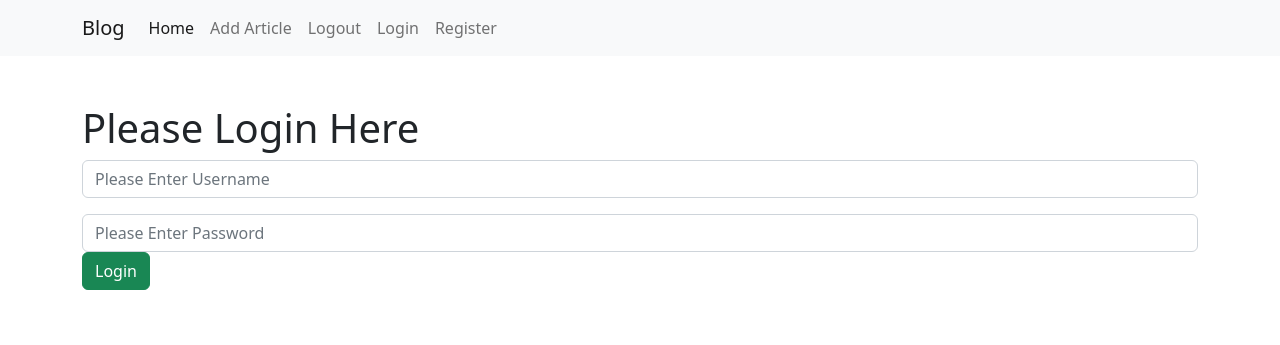
Repository: baothi/fontend
Page: /
An editor plug-in stored every save of this project. The page is shown before and after the next save, followed by the edit.
The browser window is 1280 px wide. The pictures show the whole page.
The page's requests for data from a server got no answer. The project was rebuilt for these pictures with package versions that can differ from the ones it lists, and the page was loaded fresh each time. No one was signed in, and anything a server would have sent is missing. Also part of the build but not shown: src/App.css, src/components/ArticleList.js, src/components/ArticleDetails.js.

Above is the page before, as saved 2022-10-14 11:04:36.

After the next save:
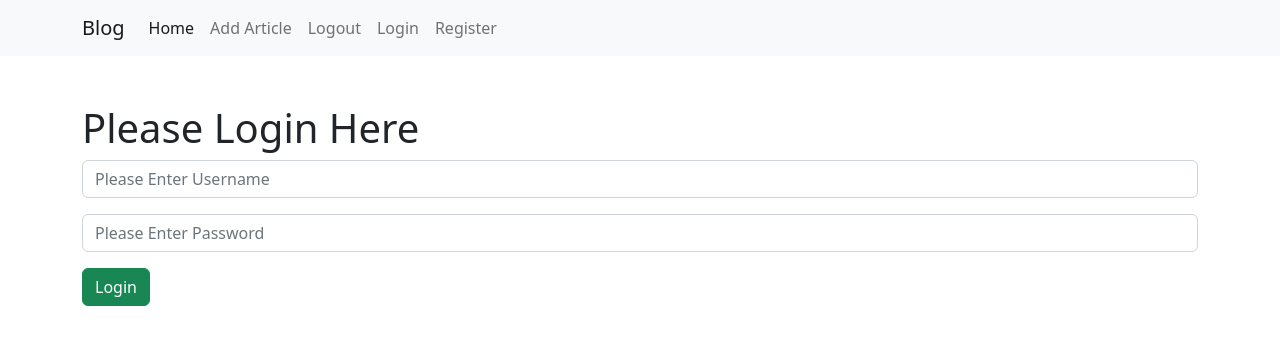
Saved 54 s later.
--- a/src/components/Login.js
+++ b/src/components/Login.js
@@ -49,7 +49,7 @@ function Login() {
                     value={username}
                     onChange={evt => setUsername(evt.target.value)}/>
             </div>
-            <div>
+            <div className='mb-3'>
                 <input type="password" className="form-control"
                     name="password" placeholder="Please Enter Password"
                     value={password}
